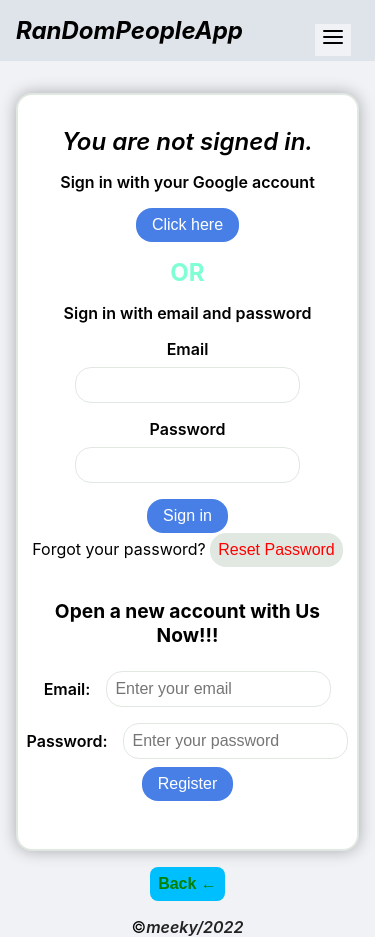
Repository: MikkyPrestige/RandomProfiles
Page: /profile
The author's editor kept a copy of each file at every save. The page is drawn from the files as they stood at one save, then again after the next save.
The browser window is 375 px wide. The pictures show the whole page.
The project was rebuilt for these pictures with package versions that can differ from the ones it lists, and the page was loaded fresh each time. Also part of the build but not shown: src/assets/styles/home.css, src/components/home.jsx, src/components/users.jsx, src/assets/styles/search.css, src/components/search.jsx, src/assets/styles/help.css, src/components/help.jsx, src/assets/styles/about.css and 8 more.

Above is the page before, as saved 2022-12-07 03:33:36.

### public/index.html
<!DOCTYPE html>
<html lang="en">

<head>
  <meta charset="utf-8" />
  <link rel="icon" href="%PUBLIC_URL%/favicon.ico" />
  <meta name="viewport" content="width=device-width, initial-scale=1" />
  <meta name="theme-color" content="#000000" />
  <meta name="description" content="Web site created using create-react-app" />
  <link rel="apple-touch-icon" href="%PUBLIC_URL%/logo192.png" />
  <!--
      manifest.json provides metadata used when your web app is installed on a
      user's mobile device or desktop. See https://developers.google.com/web/fundamentals/web-app-manifest/
    -->
  <link rel="manifest" href="%PUBLIC_URL%/manifest.json" />
  <!--
      Notice the use of %PUBLIC_URL% in the tags above.
      It will be replaced with the URL of the `public` folder during the build.
      Only files inside the `public` folder can be referenced from the HTML.

      Unlike "/favicon.ico" or "favicon.ico", "%PUBLIC_URL%/favicon.ico" will
      work correctly both with client-side routing and a non-root public URL.
      Learn how to configure a non-root public URL by running `npm run build`.
    -->
  <title>AltSchool Assignment 2</title>
</head>

<body>
  <noscript>You need to enable JavaScript to run this app.</noscript>
  <div id="root"></div>
  <!--
      This HTML file is a template.
      If you open it directly in the browser, you will see an empty page.

      You can add webfonts, meta tags, or analytics to this file.
      The build step will place the bundled scripts into the <body> tag.

      To begin the development, run `npm start` or `yarn start`.
      To create a production bundle, use `npm run build` or `yarn build`.
    -->
</body>

</html>

### src/index.css
body {
  margin: 0;
  font-family: -apple-system, BlinkMacSystemFont, 'Segoe UI', 'Roboto', 'Oxygen',
    'Ubuntu', 'Cantarell', 'Fira Sans', 'Droid Sans', 'Helvetica Neue',
    sans-serif;
  -webkit-font-smoothing: antialiased;
  -moz-osx-font-smoothing: grayscale;
  background-color: #f1f2f6;
}

code {
  font-family: source-code-pro, Menlo, Monaco, Consolas, 'Courier New',
    monospace;
}

### src/App.jsx
import * as React from "react";
import { ErrorBoundary } from "react-error-boundary";
import { Route, Routes } from "react-router-dom";
import {
  Layout,
  Home,
  Users,
  Search,
  Help,
  About,
  Error,
  ErrorFallBack,
  Profile,
  ProfileDisplay,
  Register,
  UpdatePassword,
  Footer,
} from "./components";

const App = () => {
  return (
    <div className="App">
      <main>
        <ErrorBoundary FallbackComponent={ErrorFallBack}>
          <Layout />
          <Routes>
            <Route path="/" element={<Home />} />
            <Route path="users">
              <Route index element={<Users />} />
              <Route path=":id" element={<Search />} />
            </Route>
            <Route path="profile" element={<Profile />} />
            <Route path="profileDisplay" element={<ProfileDisplay />} />
            <Route path="register" element={<Register />} />
            <Route path="update" element={<UpdatePassword />} />
            <Route path="help" element={<Help />} />
            <Route path="about" element={<About />} />
            <Route path="*" element={<Error />} />
          </Routes>
        </ErrorBoundary>
        <Footer />
      </main>
    </div>
  );
};

export default App;

### src/components/index.js
export {  Layout, Back } from "./layout";
export { default as Home } from "./home";
export { default as Users } from "./users";
export { default as Search } from "./search";
export { default as Help } from "./help";
export { default as About } from "./about";
export { default as Error } from "./error";
export { default as ErrorFallBack } from "./errorFallback";
export { default as Profile } from "./profile";
export { default as ProfileDisplay } from "./profileDisplay";
export { default as Register } from "./register";
export { default as UpdatePassword } from "./update";
export { Footer } from "./avatar";

### src/components/layout.jsx
// LAYOUT COMPONENT - This component is for the App Layout that displays the Navigation bar in the app UI to the user when app is open

import { useState } from "react";
import { NavLink } from "react-router-dom";
import "../assets/styles/layout.css";
import { MdClose } from "react-icons/md";
import { FiMenu } from "react-icons/fi";

const CustomNavLink = ({ to, ...props }) => {
  let activeStyle = {
    textDecoration: "underline",
    color: "red",
  };

  return (
    <NavLink
      style={({ isActive }) =>
        isActive ? activeStyle : { textDecoration: "none" }
      }
      to={to}
      end
      {...props}
    />
  );
};

const LayoutSmall = () => {
  const [nav, setNav] = useState(false);

  const toggleNav = () => {
    setNav(!nav);
  };

  const closeNav = () => {
    setNav(false);
  };

  return (
    <div className="layout small">
      <header className="layout__header">
        <div className="layout__header--text">
          <h1 className="layout__header--title">RanDomPeopleApp</h1>
        </div>
        <nav className="layout__nav">
          <button onClick={toggleNav} className="layout--btn">
            {nav ? (
              <MdClose className="layout__btn--icon" />
            ) : (
              <FiMenu className="layout__btn--icon" />
            )}
          </button>
          <div className={`menuNav ${nav ? " showMenu" : ""}`}>
            <CustomNavLink
              to="/"
              end
              className="nav__item"
              onClick={() => closeNav()}
            >
              Home
            </CustomNavLink>
            <CustomNavLink
              to="profile"
              className="nav__item"
              onClick={() => closeNav()}
            >
              Users
            </CustomNavLink>
            <CustomNavLink
              to="about"
              className="nav__item"
              onClick={() => closeNav()}
            >
              About
            </CustomNavLink>
            <CustomNavLink
              to="help"
              className="nav__item"
              onClick={() => closeNav()}
            >
              Features
            </CustomNavLink>
          </div>
        </nav>
      </header>
    </div>
  );
};

const LayoutLarge = () => {
  return (
    <div className="layout large">
      <header className="layout__header">
        <div className="layout__header--text">
          <h1 className="layout__header--title">RanDomPeopleApp</h1>
        </div>
        <nav className="layout__nav">
          <div className="nav__items--large">
            <CustomNavLink to="/" className="nav__item--large">
              Home
            </CustomNavLink>
            <CustomNavLink to="profile" className="nav__item--large">
              Users
            </CustomNavLink>
            <CustomNavLink to="about" className="nav__item--large">
              About
            </CustomNavLink>
            <CustomNavLink to="help" className="nav__item--large">
              Features
            </CustomNavLink>
          </div>
        </nav>
      </header>
    </div>
  );
};

const Layout = () => {
  return (
    <div>
      <LayoutSmall />
      <LayoutLarge />
    </div>
  );
};

//  Navigate back home button
const Back = () => {
  const [isHover, setIsHover] = useState(false);

  const handleMouseEnter = () => {
    setIsHover(true);
  };

  const handleMouseLeave = () => {
    setIsHover(false);
  };

  const style = {
    border: "none",
    borderRadius: ".5rem",
    padding: " .5rem",
    fontSize: "1rem",
    fontWeight: "600",
    cursor: "pointer",
    backgroundColor: isHover ? "lightblue" : "rgb(0, 191, 255)",
    color: isHover ? "#f00" : "green",
  };

  return (
    <NavLink to="/" className="back__button">
      <button
        style={style}
        onMouseEnter={handleMouseEnter}
        onMouseLeave={handleMouseLeave}
      >
        Back ←{" "}
      </button>
    </NavLink>
  );
};

export { Layout, Back };

### src/components/profile.jsx
import {
  signInWithRedirect,
  auth,
  provider,
  getRedirectResult,
  onAuthStateChanged,
  createUserWithEmailAndPassword,
  // RecaptchaVerifier,
  // signInWithPhoneNumber,
  signInWithEmailAndPassword,
  sendPasswordResetEmail,
} from "../config";
import { useEffect, useState } from "react";
import { useNavigate } from "react-router-dom";
import "../assets/styles/profile.css";
import { Back } from "./layout";

const Profile = () => {
  const [user, setUser] = useState(null);
  const [signedIn, setSignedIn] = useState(false);
  // sign in form state
  const [email, setEmail] = useState("");
  const [password, setPassword] = useState("");
  const [error, setError] = useState(null);
  // Register form state
  const [registerEmail, setRegisterEmail] = useState("");
  const [registerPassword, setRegisterPassword] = useState("");
  const [registerError, setRegisterError] = useState(null);

  const navigate = useNavigate();

  // handle register form
  const handleRegister = (e) => {
    e.preventDefault();
    createUserWithEmailAndPassword(auth, registerEmail, registerPassword)
      .then(() => {
        // Signed in
        console.log("User account created & signed in!");
      })
      .catch((registerError) => {
        if (registerError.code === "auth/email-already-in-use") {
          setRegisterError("This email address is already in use!");
        }
        if (registerError.code === "auth/invalid-email") {
          setRegisterError("This email address is invalid!");
        }
        if (registerError.code === "auth/weak-password") {
          setRegisterError("Password should be at least 6 characters");
        }
        console.error(registerError);
      });
  };

  // sign in with email and password
  const handleSignIn = (e) => {
    e.preventDefault();
    signInWithEmailAndPassword(auth, email, password)
      .then(() => {
        console.log("User signed in!");
      })
      .catch((error) => {
        if (error.code === "auth/wrong-password") {
          setError("Wrong password!");
        }
        if (error.code === "auth/user-not-found") {
          setError("User not found!");
        }
        console.error(error);
      });
  };

  // handle sign In
  const signIn = (e) => {
    e.preventDefault();
    signInWithRedirect(auth, provider);
  };

  // Send a password reset email
  const handlePasswordReset = (e) => {
    e.preventDefault();
    sendPasswordResetEmail(auth, email)
      .then(() => {
        // console.log("Password reset email sent!");
        alert("Password reset email sent!");
      })
      .catch((error) => {
        const errorCode = error.code;
        const errorMessage = error.message;
        // console.error(errorMessage, errorCode);
        alert(errorMessage, errorCode);
      });
  };

  // Get redirect result
  useEffect(() => {
    getRedirectResult(auth)
      .then((result) => {
        if (result) {
          setSignedIn(true);
        } else {
          console.log("No user");
        }
      })
      .catch((error) => {
        console.log(error);
      });
  }, [navigate]);

  // Check auth state
  useEffect(() => {
    onAuthStateChanged(auth, (user) => {
      if (user) {
        navigate("/users");
      } else {
        setUser(null);
      }
    });
  }, [navigate]);

  return (
    <div className="profile">
      <div className="profile__container">
        <div className="profile__desc">
          <div className="profile__user">
            <div className="sign__wrapper">
              <h1 className="profile__title">You are not signed in.</h1>
              <h2 className="sign__heading">
                Sign in with your Google account
              </h2>
              <button onClick={signIn} className="sign__btn">
                Click here
              </button>
              <p className="or">OR</p>
              <h2 className="sign__heading">Sign in with email and password</h2>
              <form onSubmit={handleSignIn} className="sign__form">
                <label htmlFor="email" className="sign__label">
                  Email
                </label>
                <input
                  type="email"
                  name="email"
                  id="email"
                  value={email}
                  onChange={(e) => setEmail(e.target.value)}
                  className="sign__input"
                />
                <label htmlFor="password" className="sign__label">
                  Password
                </label>
                <input
                  type="password"
                  name="password"
                  id="password"
                  value={password}
                  onChange={(e) => setPassword(e.target.value)}
                  className="sign__input"
                />
                {error && <p className="error">{error}</p>}
                <button type="submit" className="sign__btn">
                  Sign in
                </button>
              </form>
              <div>
                <span>Forgot your password? </span>
                <button onClick={handlePasswordReset} className="btn">
                  Reset Password
                </button>
              </div>
            </div>
            <div className="register__container">
              <h2 className="register__title">
                Open a new account with Us Now!!!
              </h2>
              <form onSubmit={handleRegister} className="register__form">
                <div className="register__group">
                  <label htmlFor="email" className="register__label">
                    Email:
                  </label>
                  <input
                    type="email"
                    name="email"
                    value={registerEmail}
                    placeholder="Enter your email"
                    onChange={(e) => setRegisterEmail(e.target.value)}
                    className="register__input"
                  />
                </div>
                <div className="register__group">
                  <label htmlFor="password" className="register__label">
                    Password:
                  </label>
                  <input
                    type="password"
                    name="password"
                    placeholder="Enter your password"
                    value={registerPassword}
                    onChange={(e) => setRegisterPassword(e.target.value)}
                    className="register__input"
                  />
                </div>
                {registerError && <p className="error">{registerError}</p>}
                <button type="submit" className="sign__btn">
                  Register
                </button>
              </form>
            </div>
          </div>
        </div>
        <Back />
      </div>
    </div>
  );
};

export default Profile;

### src/components/avatar.jsx
// AVATAR COMPONENT - This component is for the Images used in the app.

import "../assets/styles/layout.css";

export const Avatar = ({ image = "", alt = "", style = {} }) => {
  return (
    <div className="avatar">
      <img src={image} alt={alt} style={style} />
    </div>
  );
};

// FOOTER COMPONENT - for the attribution

export const Footer = () => {
  return (
    <div className="attribution">
      <footer>
        &copy;
        <a
          href="https://github.com/MeekyBerry"
          target="_blank"
          rel="noreferrer"
          className="footer"
        >
          meeky/2022
        </a>
      </footer>
    </div>
  );
};

### src/assets/styles/layout.css
.layout {
  background-color: #dfe4ea;
  width: 100%;
}

.layout__nav {
  display: flex;
  align-items: center;
  justify-content: space-between;
  position: relative;
  padding-right: 2rem;
}

.layout__header {
  display: flex;
  justify-content: space-between;
  align-items: center;
}

.layout__header--title {
  font-style: oblique;
  padding-left: 2rem;
}

.layout--btn {
  position: fixed;
  top: 1.5rem;
  right: 1.5rem;
  z-index: 10;
  background-color: #f1f2f5;
  border: none;
  font-size: 1.5rem;
  cursor: pointer;
}

.menuNav {
  position: fixed;
  top: 6rem;
  right: 0;
  width: 0;
  max-width: 10rem;
  height: 100%;
  background-color: #f1f2f5;
  z-index: 5;
  overflow: hidden;
}

.menuNav.showMenu {
  width: 100%;
  transition: all 2s ease-in;
  -webkit-transition: all 2s ease-in;
  -moz-transition: all 2s ease-in;
  -ms-transition: all 2s ease-in;
  -o-transition: all 2s ease-in;
}

.nav__items {
  display: flex;
  align-items: center;
  list-style: none;
}

.nav__item {
  font-size: 1.2rem;
  padding: 1rem;
  text-transform: uppercase;
  display: block;
  text-align: center;
  text-transform: uppercase;
  color: #0046dc;
}

.nav__item:hover {
  color: #7dd5c6;
}

.nav__items--large {
  display: flex;
  gap: 2rem;
}

.nav__item--large {
  text-transform: uppercase;
  font-size: 1.1rem;
  font-weight: 700;
  letter-spacing: .2rem;
  color: #0046dc;
}

.attribution {
  text-align: center;
}

.footer {
  color: #222;
  text-decoration: none;
  cursor: pointer;
  font-style: italic;
  font-weight: 600;
}

/* MEDIA QUERY TO HIDE THE NAVIGATION BAR HAMBURGER ON LARGE SCREENS */
@media screen and (max-width: 500px) {
  .layout__header--title {
    font-size: 1.5rem;
    padding-left: 1rem;
  }

  .layout__nav {
    padding-right: 1rem;
  }

  .nav__item {
    font-size: 1rem;
  }
}

@media screen and (min-width: 768px) {
  .small {
    display: none;
  }

  .large {
    display: block;
  }
}

@media screen and (max-width: 768px) {
  .small {
    display: block;
  }

  .large {
    display: none;
  }
}

@media screen and (max-width: 900px) {
  .nav__item--large {
    font-size: 1rem;
    margin-right: -.5rem;
  }

}

### src/assets/styles/users.css
.users {
  background-color: #fff;
  border: 1px solid #ccc;
  border-radius: 0.5rem;
  padding: 1rem;
  margin: 1rem;
}

.users__container {
  display: flex;
  flex-direction: column;
  justify-content: center;
  align-items: center;
}

.users__heading {
  text-align: center;
  text-transform: uppercase;
  font-size: 1.5rem;
  font-weight: bold;
  margin-bottom: 1rem;
}

.users__list {
  list-style: none;
  padding: 2rem;
  margin: 1rem auto;
  width: 85%;
  display: grid;
  grid-template-columns: repeat(3, minmax(200px, 1fr));
  grid-gap: 3rem;
}

.user__items {
  border-bottom: 1px solid #ccc;
}

.user__item {
  background-color: #fff;
  border: 1px solid #ccc;
  border-radius: 0.5rem;
  padding: 1rem;
}

.user__img {
  width: 80%;
  border-radius: 10%;
  margin-left: 1rem;
}

/* BUTTON BELOW */
.btn__container {
  display: flex;
  justify-content: center;
  align-items: center;
}

.active:hover {
  background-color: #ced6e0;
  color: #1e90ff;
}

.active:active {
  background-color: #70a1ff;
  color: #ced6e0;
}

.btn__array {
  padding: 0.5rem;
  margin: 0.5rem;
  font-size: 1rem;
  border-radius: 0.5rem;
  border: none;
  cursor: pointer;
}

.search__box {
  display: flex;
  justify-content: center;
  align-items: center;
}

.search__link {
  background-color: #fff;
  border: 1px solid #ccc;
  color: #1e90ff;
  border-radius: 1rem;
  width: 18rem;
  padding: 0.5rem;
  margin: 1rem;
  font-size: 1rem;
  font-weight: bold;
  cursor: pointer;
  text-align: center;
  text-decoration: none;
  animation: search 1s ease-in-out infinite;
}

.search__link:hover {
  background-color: #1e90ff;
  color: #fff;
  animation: none;
}

.search__link:active {
  background-color: #70a1ff;
  color: #fff;
  animation: none;
}

@keyframes search {
  0% {
    transform: scale(1);
  }

  50% {
    transform: scale(1.2);
  }

  100% {
    transform: scale(1);
  }
}

### src/config/index.js
// Import the functions you need from the SDKs you need
import { initializeApp } from "firebase/app";
import {
  getAuth,
  signInWithRedirect,
  GoogleAuthProvider,
  getRedirectResult,
  onAuthStateChanged,
  createUserWithEmailAndPassword,
  RecaptchaVerifier,
  signInWithPhoneNumber,
  signInWithEmailAndPassword,
  sendPasswordResetEmail,
  updatePassword,
  signOut,
  deleteUser,
} from "firebase/auth";

// web app's Firebase configuration
const firebaseConfig = {
  apiKey: "AIzaSyCfrfw6chi091bWLqJvanxAUTxgJ5XqEu0",
  authDomain: "random-people-app.firebaseapp.com",
  projectId: "random-people-app",
  storageBucket: "random-people-app.appspot.com",
  messagingSenderId: "1097586453252",
  appId: "1:1097586453252:web:4575afe7663a752ae77e51",
};

// Initialize Firebase
const app = initializeApp(firebaseConfig);
// Setup Google auth provider
const provider = new GoogleAuthProvider();

const auth = getAuth();

export {
  app,
  provider,
  auth,
  signInWithRedirect,
  getRedirectResult,
  onAuthStateChanged,
  createUserWithEmailAndPassword,
  RecaptchaVerifier,
  signInWithPhoneNumber,
  signInWithEmailAndPassword,
  sendPasswordResetEmail,
  updatePassword,
  signOut,
  deleteUser,
};

### src/assets/styles/profile.css
.profile {
  padding: 2rem;
  height: 100%;
}

.or {
  font-size: 1.5rem;
  color: #7fffd4;
  font-weight: bold;
  margin: 1rem 0;
}

.profile__container {
  display: flex;
  flex-direction: column;
  align-items: center;
  justify-content: center;
}

.profile__desc {
  text-align: center;
  max-width: 500px;
  width: 100%;
  margin: 1rem;
}

.profile__user {
  background-color: #fff;
  border: 2px solid #e1e8e1;
  border-radius: 1rem;
  box-shadow: 0 0 1rem rgba(0, 0, 0, 0.3);
  padding: 1rem 0;
}

.profile__title {
  font-size: 2rem;
  font-weight: 600;
  font-style: oblique;
}

.profile__paragraph {
  margin: 2rem 0;
}

.profile__detail {
  font-size: 1.2rem;
  font-weight: 400;
}

.profile__buttons {
  display: flex;
  flex-direction: column;
  align-items: center;
  gap: .5rem;
  margin: 1.5rem;
}

.profile__link {
  font-size: 1.2rem;
  font-weight: 600;
  background-color: #0651dd;
  color: #f1f2f6;
  padding: 0.4rem;
  border-radius: 0.5rem;
  text-decoration: none;
}

.profile__link:hover {
  background-color: #1550bd;
  color: #fff;
  text-decoration: underline;
}

.btn__wrapper {
  display: flex;
  justify-content: center;
  align-items: center;
  gap: 5rem;
  margin-top: .5rem;
}

.btn__link {
  font-size: 1.3rem;
  font-weight: 600;
  color: green;
  text-decoration: none;
}

.btn__link:hover {
  text-decoration: underline;
}

.btn__update {
  margin: 1rem;
}
.btn {
  background-color: #e1e8e1;
  color: red;
  border: none;
  border-radius: 1rem;
  padding: .5rem;
  font-size: 1rem;
  cursor: pointer;
}

.btn:hover {
  background-color: #d1d8d1;
  color: #0651ddbb;
}

.btn:active {
  background-color: #c1c8c1;
  color: #0651ddbb;
}

.sign__btn {
  background-color: #0651ddbb;
  color: #fff;
  border: none;
  border-radius: 1rem;
  padding: .5rem 1rem;
  font-size: 1rem;
  cursor: pointer;
}

.sign__btn:hover {
  background-color: #0651dd;
  color: #fff;
}

.sign__btn:active {
  background-color: #0651dd;
  color: #fff;
}

.sign__heading {
  font-size: 1.2rem;
  font-weight: 600;
  text-align: center;
  margin-bottom: 1rem;
}

.sign__form {
  display: flex;
  flex-direction: column;
  justify-content: center;
  align-items: center;
}

.sign__label {
  font-size: 1rem;
  font-weight: 600;
  margin-bottom: .5rem;
}

.sign__input {
  border: 1px solid #e1e8e1;
  border-radius: 1rem;
  padding: .5rem;
  font-size: 1rem;
  margin-bottom: 1rem;
}

.sign__input:focus {
  outline: none;
}

.register {
  padding: 2rem;
  height: 100%;
}

.register__container {
  margin: 2rem;
  text-align: center;
}

.register__title {
  font-size: 1.5rem;
  font-weight: 700;
  text-align: center;
}

.register__phone {
  font-size: 1.2rem;
  font-weight: 600;
  text-align: center;
  margin-top: 1rem;
}

.register__form {
  display: flex;
  flex-direction: column;
  justify-content: center;
  align-items: center;
  margin: 1rem;
}

.register__form--title {
  font-size: 1.2rem;
  font-weight: 600;
}

.register__group {
  display: flex;
  justify-content: center;
  align-items: center;
  gap: 1rem;
  margin: .5rem;
}

.register__label {
  font-size: 1rem;
  font-weight: 600;
}

.register__input {
  border: 1px solid #e1e8e1;
  border-radius: 1rem;
  padding: .5rem;
  font-size: 1rem;
}

.register__input:focus {
  outline: none;
}

.error {
  color: red;
  font-size: 1rem;
  font-weight: 600;
  margin-top: -.5rem;
}

@media screen and (max-width: 600px) {
  .profile {
    padding: 1rem;
  }

  .profile__title {
    font-size: 1.5rem;
  }

  .profile__detail {
    display: flex;
    flex-direction: column;
    align-items: center;
    justify-content: center;
  }

  .sign__heading {
    font-size: 1rem;
  }

.register__title {
  font-size: 1.2rem;
}

}

Loaded but not shown: src/index.js (common file)

After the next save:
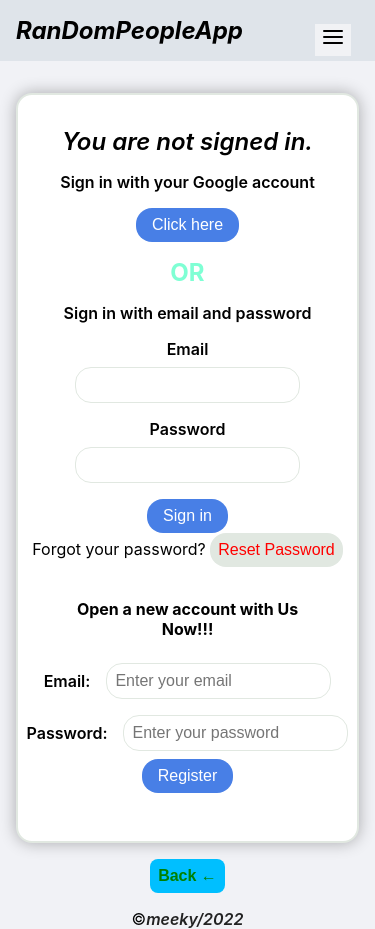
Saved 19 s later.
--- a/src/assets/styles/profile.css
+++ b/src/assets/styles/profile.css
@@ -253,7 +253,7 @@
   }
 
 .register__title {
-  font-size: 1.2rem;
-}
-
-}
+  font-size: 1rem;
+}
+
+}
